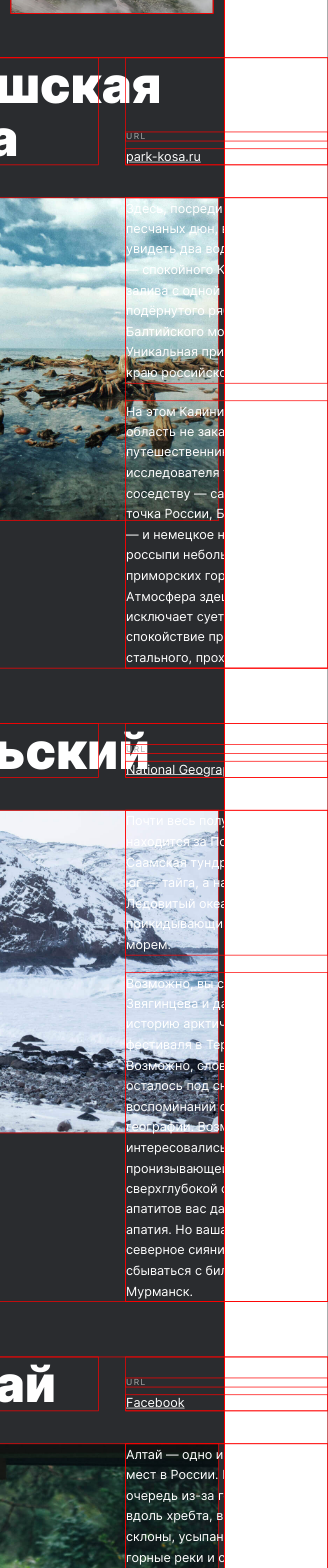
Repository: 89373611988/russia-travel
Page: index.html
These files come from the project's save history. The page is drawn as it stood at one moment and after the next save; the edit follows.
The browser window is 320 px wide. The page is 468 px wide, so the pictures cover 468 px, including what lies to the right of the window. The pictures show the part of the page from y = 4260 to 6500 px (the page is 9366 px tall before and 9748 px after), at 70% of full size.

Above is the page before, as saved 2021-12-22 21:18:59.

After the next save:
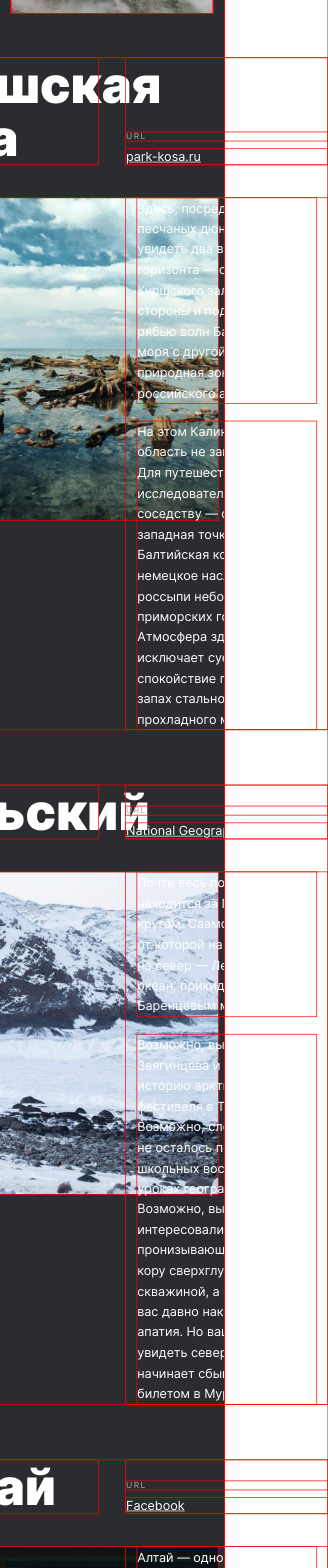
Saved 5 s later.
--- a/blocks/place/__paragraph/place__paragraph.css
+++ b/blocks/place/__paragraph/place__paragraph.css
@@ -10,9 +10,8 @@
   margin-bottom: 26px;
 }
 
-
 @media (max-width: 320px) {
-  .intro {
+  .place__paragraph {
     max-width: 288px;
     margin-left: 16px;
     margin-right: 16px;
